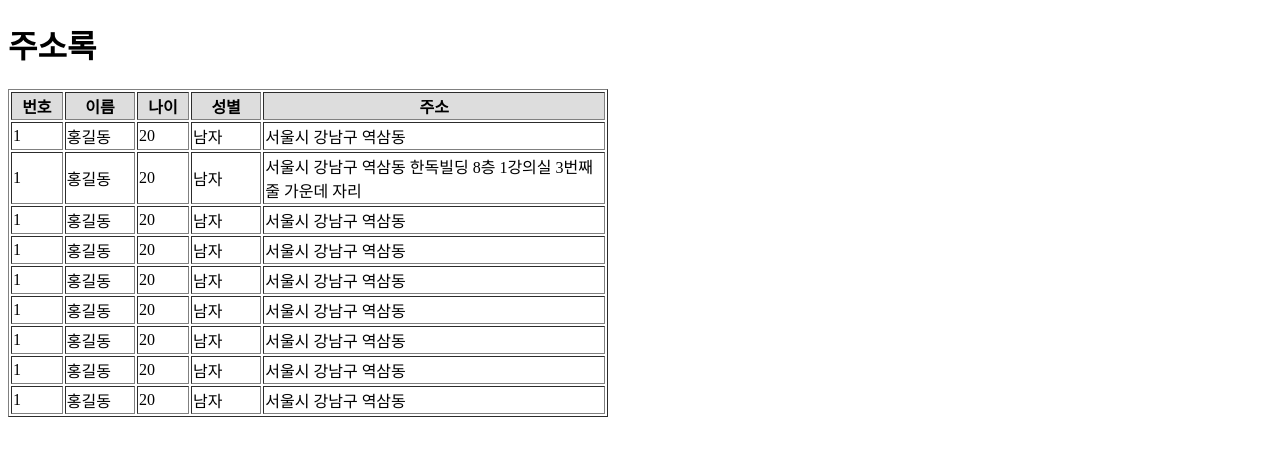
Repository: sungken/htmlProject
Page: ClientTest/src/main/webapp/html/ex16_table.html
An editor plug-in stored every save of this project. The page is shown before and after the next save, followed by the edit.
The browser window is 1280 px wide. The pictures show the whole page.

Above is the page before, as saved 2024-03-13 06:44:46.

After the next save:
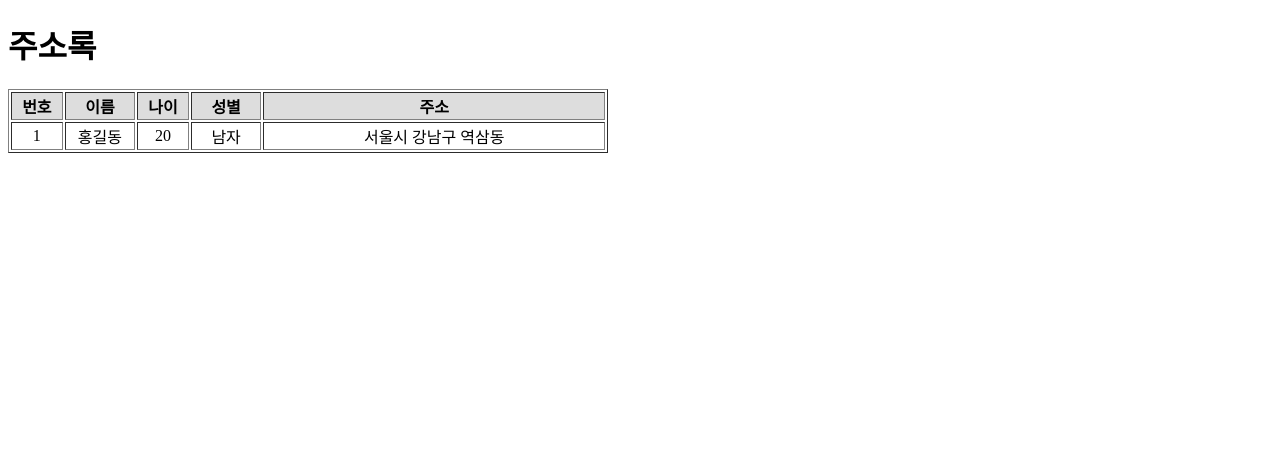
Saved 80 s later.
--- a/ClientTest/src/main/webapp/html/ex16_table.html
+++ b/ClientTest/src/main/webapp/html/ex16_table.html
@@ -17,68 +17,13 @@
 			<td width="360" align="center"><b>주소</b></td>
 		</tr>
 		<tr>
-			<td>1</td>
-			<td>홍길동</td>
-			<td>20</td>
-			<td>남자</td>
-			<td>서울시 강남구 역삼동</td>
+			<td align="center">1</td>
+			<td align="center">홍길동</td>
+			<td align="center">20</td>
+			<td align="center">남자</td>
+			<td align="center">서울시 강남구 역삼동</td>
 		</tr>
-		<tr>
-			<td>1</td>
-			<td>홍길동</td>
-			<td>20</td>
-			<td>남자</td>
-			<td>서울시 강남구 역삼동 한독빌딩 8층 1강의실 3번째줄 가운데 자리</td>
-		</tr>
-		<tr>
-			<td>1</td>
-			<td>홍길동</td>
-			<td>20</td>
-			<td>남자</td>
-			<td>서울시 강남구 역삼동</td>
-		</tr>
-		<tr>
-			<td>1</td>
-			<td>홍길동</td>
-			<td>20</td>
-			<td>남자</td>
-			<td>서울시 강남구 역삼동</td>
-		</tr>
-		<tr>
-			<td>1</td>
-			<td>홍길동</td>
-			<td>20</td>
-			<td>남자</td>
-			<td>서울시 강남구 역삼동</td>
-		</tr>
-		<tr>
-			<td>1</td>
-			<td>홍길동</td>
-			<td>20</td>
-			<td>남자</td>
-			<td>서울시 강남구 역삼동</td>
-		</tr>
-		<tr>
-			<td>1</td>
-			<td>홍길동</td>
-			<td>20</td>
-			<td>남자</td>
-			<td>서울시 강남구 역삼동</td>
-		</tr>
-		<tr>
-			<td>1</td>
-			<td>홍길동</td>
-			<td>20</td>
-			<td>남자</td>
-			<td>서울시 강남구 역삼동</td>
-		</tr>
-		<tr>
-			<td>1</td>
-			<td>홍길동</td>
-			<td>20</td>
-			<td>남자</td>
-			<td>서울시 강남구 역삼동</td>
-		</tr>
+
 	</table>
 
 </body>
